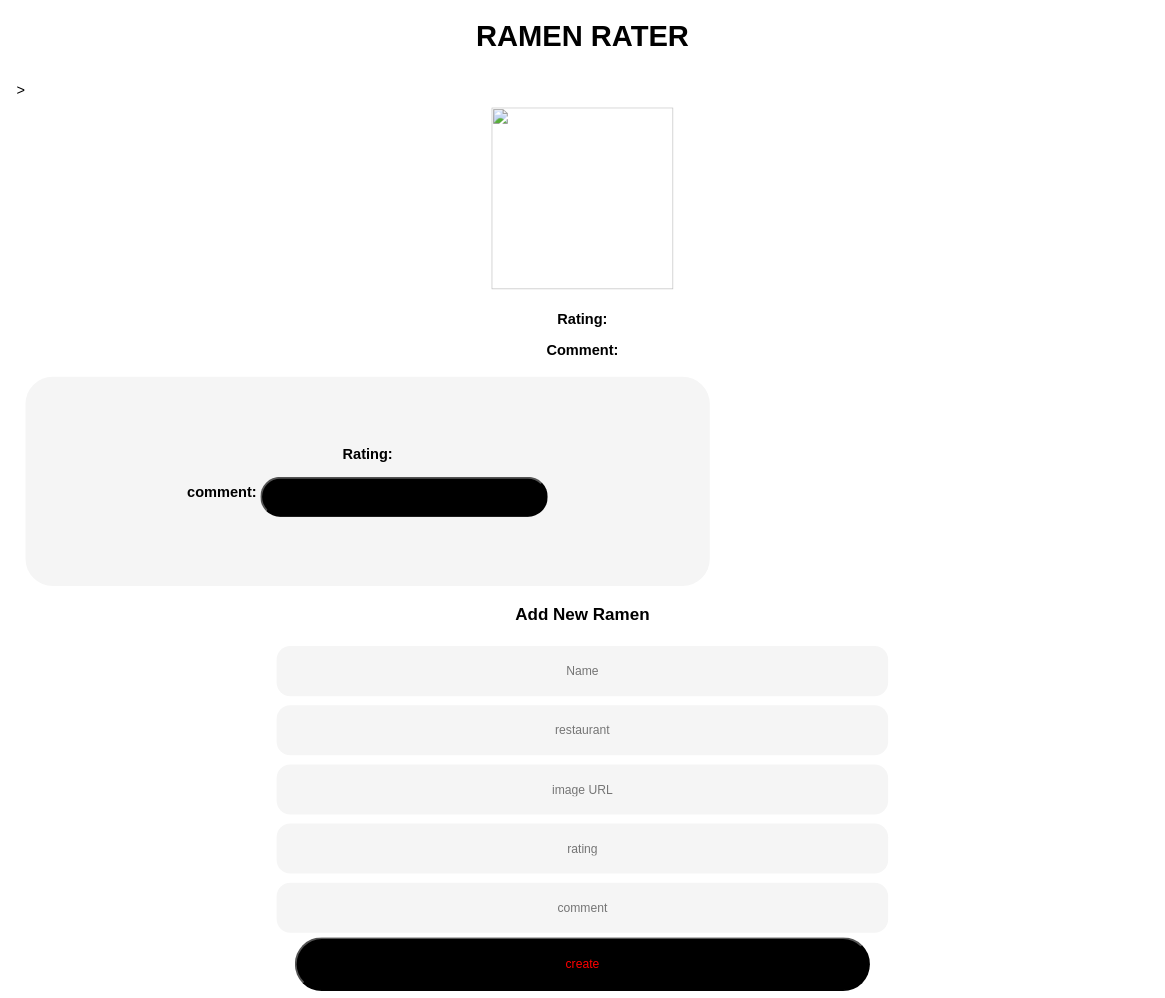
Repository: travinne/travthegr88
Page: code/ramen-rating-app/index.html
These files come from the project's save history. The page is drawn as it stood at one moment and after the next save; the edit follows.
The browser window is 1280 px wide. The pictures show the whole page, at 91% of full size.

Above is the page before, as saved 2025-03-19 18:56:00.
Console error: SyntaxError: Invalid or unexpected token

### code/ramen-rating-app/index.html
<!DOCTYPE html>
<html lang="en">
<head>
    <meta charset="UTF-8">
    <meta name="viewport" content="width=device-width, initial-scale=1.0">
    <title>Document</title>
    <link rel="stylesheet" href="style.css">
    <script src="js/index.js" defer></script>
</head>
<body>
    <h1>RAMEN RATER</h1>
    <div id="ramen-menu">></div>

    <div id="ramen-detail">
        <img id="ramen-image" src="" alt="">
        <h2 id="ramen-name"></h2>
        <h3 id="ramen-restaurant"></h3>
        <p><strong>Rating:</strong> <span id="ramen-rating"></span></p>
        <p><strong>Comment:</strong> <span id="ramen-comment"></span></p>


        <div >
            <form id="edit-ramen-form">
            <p><strong>Rating:</strong><span id="update Rating"min ="1" max ="5">
            <p><strong>comment:</strong><span id="update comment">
            <button id="delete-ramen"></delete button>
        </div>


        <div>
        <form id="new-ramen-form">
        <h3>Add New Ramen</h3>
        <input type="text" name="name" placeholder="Name"required>
        <input type="text" name="restaurant" placeholder="restaurant"required>
        <input type="url" name="image" placeholder="image URL"required>
        <input type="text" name="rating" placeholder="rating">
        <input type="text" name="comment" placeholder="comment">
        <button type="submit">create</button>
        </form>
        </div>

</body>
</html>

### code/ramen-rating-app/style.css
* {
   font-family: Arial, sans-serif;
   text-align: center;


}

#head {
   background:wheat;
   color:black;
   padding: 100px;
   margin: 0000;
}

#ramen-menu {
   display: flex;
   justify-content: baseline;
   gap: 15px;
   padding: 10px;
   border-bottom: 2px ;

}

#ramen-image{
    height:200px;
    width: 200px;
}

form {
       background:whitesmoke;
       padding: 60px;
       width: 50%;
       margin: 20px ;
       border-radius: 30px;

   }

input {
       width: 50%;
       padding: 20px;
       margin: 5px;
       border: 5px; ;
       border-radius: 15px;
       background-color: whitesmoke;





      }

button {
          background-color:black;
          color: red;
          padding: 20px;
          cursor: pointer;
          border-radius: 30px;
          width: 50%;
}

button:hover {
          background-color:wheat;
      }

### code/ramen-rating-app/Js/index.js
document.addEventListener('DOMContentLoaded',main)


let h1 = document.getElementById('head')
h1.innerText = 'RAMEN RATING APP';


const ramens = [
   { id: 1,
    name: 'Shoyu Ramen',
    restaurant: "Ichiran",
    image: "https://images/Ramen recept_ Ramen noedel bowl _ Miljuschka.jpeg,

    rating: 5,
    comment: "Delicious!"
},

{
    id: 2,
    name: 'miso Ramen',
    restaurant: "menya",
    image: "https://images.unsplash.com/photo-1569718212165-3a8278d5f624?ixlib=rb-1.2.1&auto=format&fit=crop&w=300&q=80",

    rating: 4,
    comment: "very favourable"
},

  {
    id: 3,
    name: 'tonkotsu Ramen',
    restaurant: "ramen-ya",
    image: "https://images.unsplash.com/photo-1683112687828-15e05dd682f8?q=80&w=2070&auto=format&fit=crop&ixlib=rb-4.0.3&ixid=M3wxMjA3fDB8MHxwaG90by1wYWdlfHx8fGVufDB8fHx8fA%3D%3D.",
    rating: 3,
    comment: "creamy and rich"
 }
];

let currentRamen = null

function displayRamen() {
    const ramenMenu = document.getElementById('ramen-menu')
    ramenMenu.innerHTML = ""

    ramens.forEach(ramen =>{
        const img = document.createElement("img");
        img.src = ramen.image;
        img.alt = ramen.name;
        img.addEventListener('click',() => handleClick(ramen));
        ramenMenu.appendChild(img)
})
}
function handleClick(ramen) {
    currentRamen = ramen;
    document.getElementById("ramen-image").src = ramen.image;
    document.getElementById("ramen-name").textContent = ramen.name;
    document.getElementById("ramen-restaurant").textContent = ramen.restaurant;
    document.getElementById("ramen-rating").textContent = `Rating: ${ramen.rating}`;
    document.getElementById("ramen-comment").textContent = `Comment: ${ramen.comment}`;
}


function clearRamenDetails() {
    document.getElementById("ramen-image").src = "";
    document.getElementById("ramen-name").textContent = "";
    document.getElementById("ramen-restaurant").textContent = "";
    document.getElementById("ramen-rating").textContent = "Rating:";
    document.getElementById("ramen-comment").textContent = "Comment:";
}


function addSubmitListener() {
    const form = document.getElementById("new-ramen-form");
    form.addEventListener("submit", function (event) {
        event.preventDefault();

        const newRamen = {
            id: ramens.length + 1,
            name: form.name.value.trim(),
            restaurant: form.restaurant.value.trim(),
            image: form.image.value.trim(),
            rating: parseInt(form.rating.value, 10),
            comment: form.comment.value.trim()
        };

        if (newRamen.name && newRamen.restaurant && newRamen.image) {
            ramens.push(newRamen);
            displayRamen();
            handleClick(newRamen);
            form.reset();
        } else {
            alert("Please fill out all required fields!");
        }
    });
}


function editRamenDetails() {
    const editForm = document.getElementById("edit-ramen-form");
    editForm.addEventListener("submit", function (event) {
        event.preventDefault();

        if (currentRamen) {
            currentRamen.rating = parseInt(editForm["edit-rating"].value, 10);
            currentRamen.comment = editForm["edit-comment"].value.trim();

            document.getElementById("ramen-rating").textContent = `Rating: ${currentRamen.rating}`;
            document.getElementById("ramen-comment").textContent = `Comment: ${currentRamen.comment}`;

            editForm.reset();
        }
    });
}


function deleteRamen() {
    const deleteButton = document.getElementById("delete-ramen");
    deleteButton.addEventListener("click", function () {
        if (currentRamen) {
            const index = ramens.findIndex(r => r.id === currentRamen.id);
            if (index !== -1) {
                ramens.splice(index, 1);
                displayRamen();
            }
        }
    });
}


function main() {
    displayRamen()
    addSubmitListener();
    editRamenDetails();
   deleteRamen();
}

After the next save:
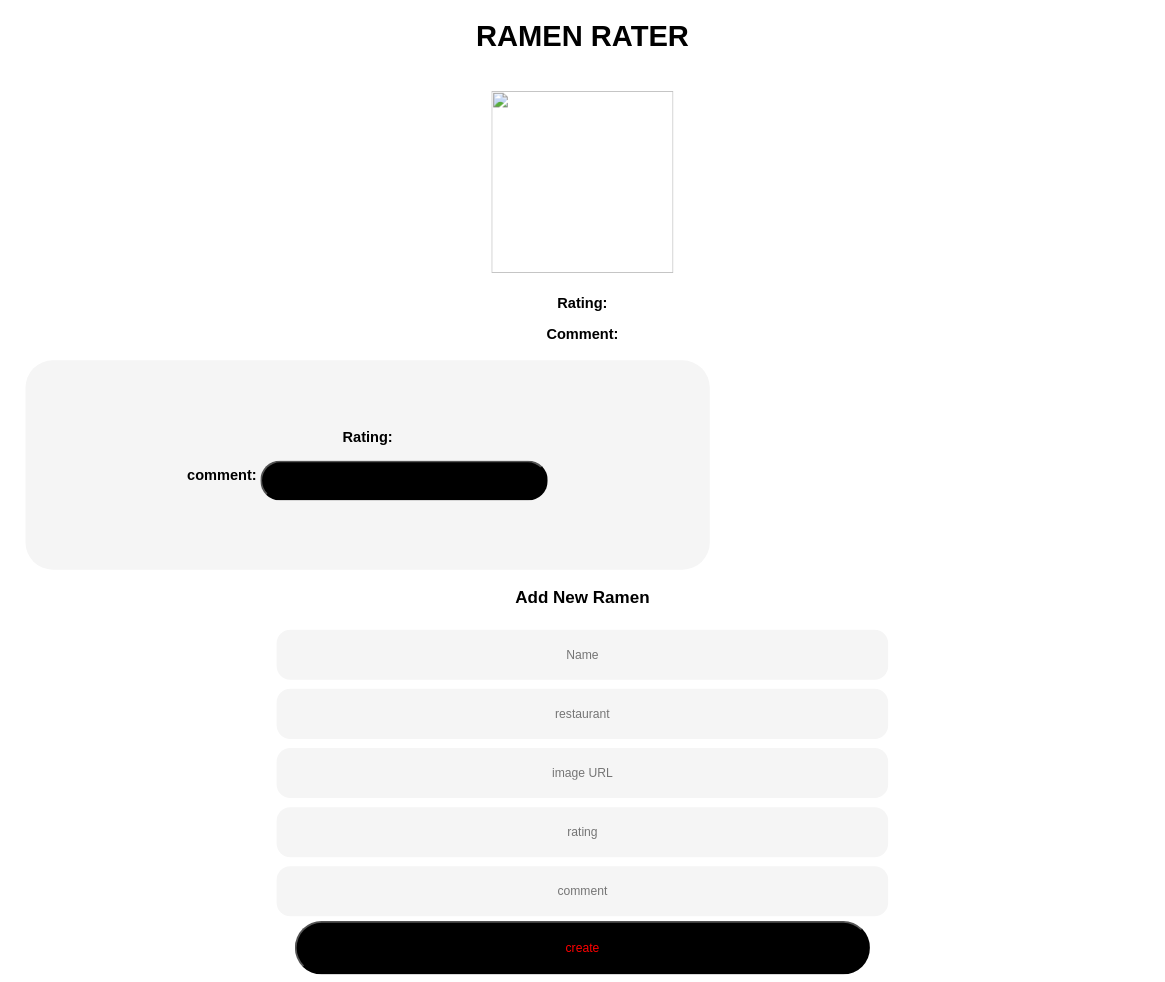
Console error: TypeError: Cannot set properties of null (setting 'innerText')
Saved 22 s later.
--- a/code/ramen-rating-app/Js/index.js
+++ b/code/ramen-rating-app/Js/index.js
@@ -9,7 +9,7 @@
    { id: 1,
     name: 'Shoyu Ramen',
     restaurant: "Ichiran",
-    image: "https://images/Ramen recept_ Ramen noedel bowl _ Miljuschka.jpeg,
+    image: "https://images/Ramen recept_ Ramen noedel bowl _ Miljuschka.jpeg",
 
     rating: 5,
     comment: "Delicious!"

After the save that followed:
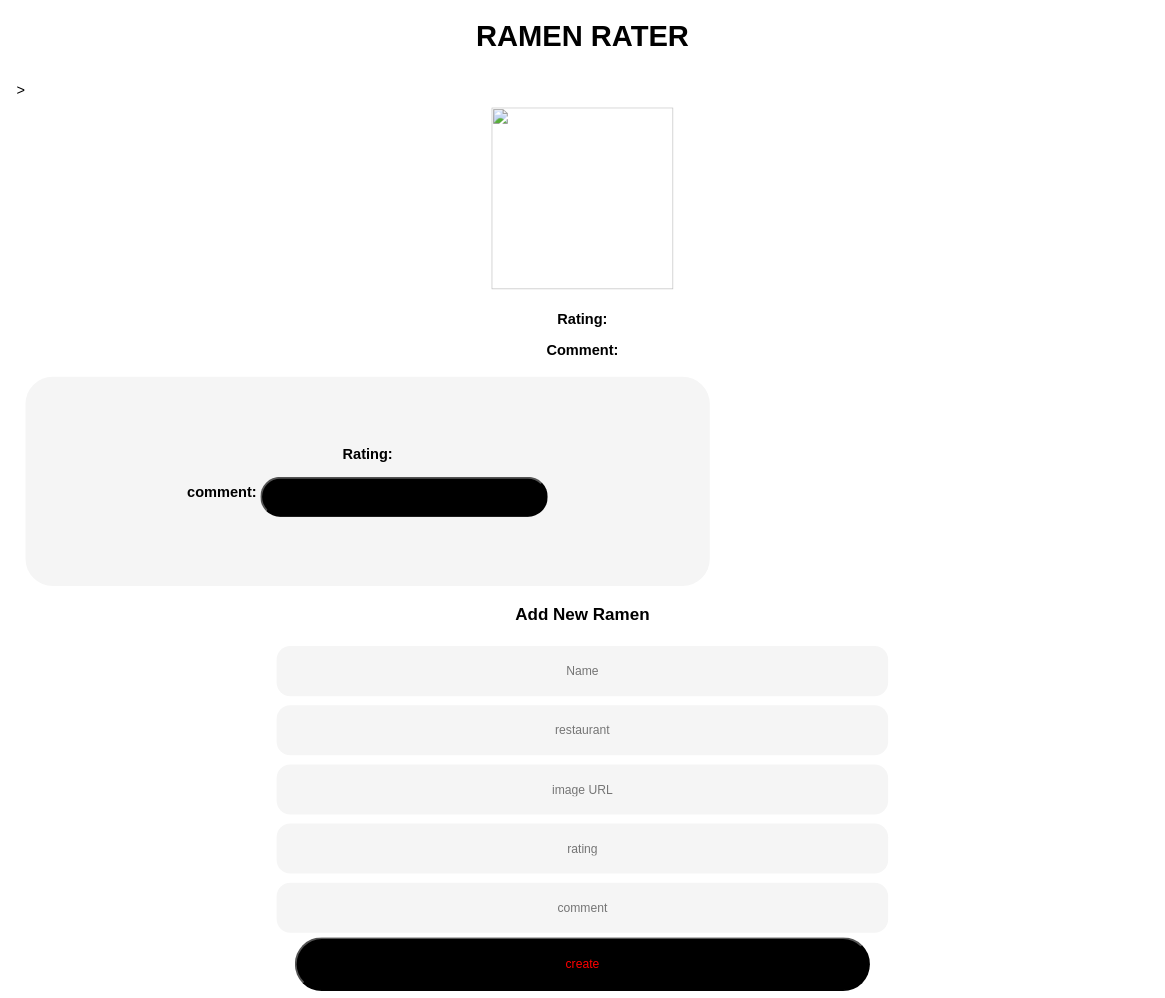
Console error: SyntaxError: Invalid or unexpected token
Saved 26 s later.
--- a/code/ramen-rating-app/Js/index.js
+++ b/code/ramen-rating-app/Js/index.js
@@ -9,7 +9,7 @@
    { id: 1,
     name: 'Shoyu Ramen',
     restaurant: "Ichiran",
-    image: "https://images/Ramen recept_ Ramen noedel bowl _ Miljuschka.jpeg",
+    image: "https://images/Ramen,
 
     rating: 5,
     comment: "Delicious!"
